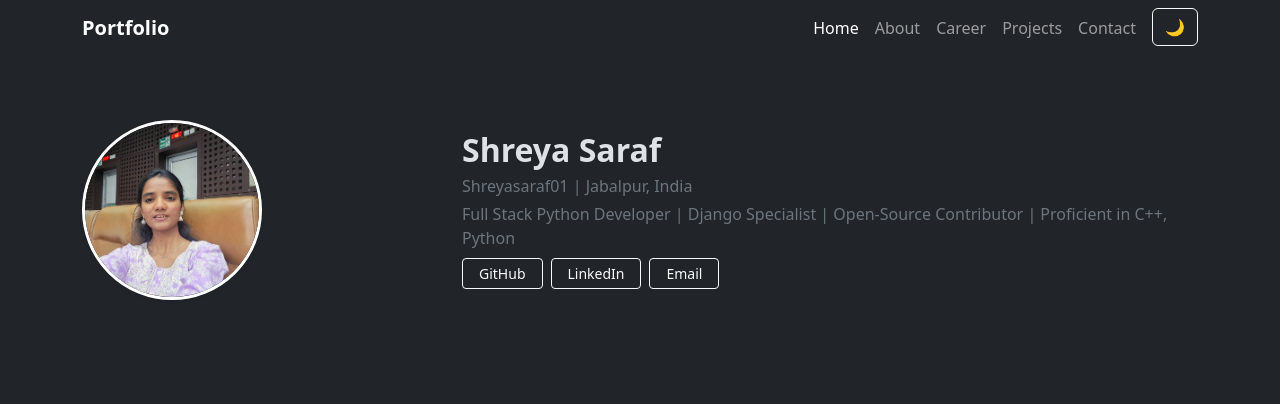
Repository: Shreyasaraf01/shreya-portfolio
Page: http://localhost/
An editor plug-in stored every save of this project. The page is shown before and after the next save, followed by the edit.
The browser window is 1280 px wide. The pictures show the whole page.
The page is served by the project's application, run on Django 5.2 (manage.py). Other server files are loaded and not shown.

Above is the page before, as saved 2025-09-13 22:11:41.

### main/templates/main/index.html
{% extends "base.html" %}
{% load static %}

{% block content %}
<div class="row align-items-center text-center text-md-start py-4">
  <!-- Profile Image -->
  <div class="col-md-4 mb-3 mb-md-0">
    <img src="{% static 'images/profile.jpg' %}"
         alt="profile"
         style="width:180px; height:180px; border-radius:50%; object-fit:cover; border:3px solid #fff; transition: transform 0.3s;"
         class="shadow-sm hover-scale">
  </div>

  <!-- Profile Info -->
  <div class="col-md-8">
    <h1 class="h2 fw-bold mb-1">Shreya Saraf</h1>
    <p class="text-secondary mb-1">Shreyasaraf01 | Jabalpur, India</p>
    <p class="text-secondary mb-2">Full Stack Python Developer | Django Specialist | Open-Source Contributor | Proficient in C++, Python</p>

    <!-- Social Buttons -->
    <div class="d-flex gap-2 justify-content-center justify-content-md-start mt-2">
      <a href="https://github.com/Shreyasaraf01" target="_blank" class="btn btn-outline-light btn-sm px-3">GitHub</a>
      <a href="https://linkedin.com/in/shreya-saraf-797440257" target="_blank" class="btn btn-outline-light btn-sm px-3">LinkedIn</a>
      <a href="mailto:shreyasaraf765@gmail.com" class="btn btn-outline-light btn-sm px-3">Email</a>
    </div>
  </div>
</div>

<!-- Optional: Add hover effect CSS -->
<style>
.hover-scale:hover {
    transform: scale(1.05);
}
</style>
{% endblock %}

### main/templates/base.html
<!DOCTYPE html>
<html lang="en" data-bs-theme="dark">
<head>
  <meta charset="UTF-8">
  <title>Portfolio</title>
  {% load static %}
  <link href="https://cdn.jsdelivr.net/npm/bootstrap@5.3.3/dist/css/bootstrap.min.css" rel="stylesheet">
  <script src="{% static 'js/theme.js' %}" defer></script>
</head>
<body>
  <!-- Navbar -->
  <nav class="navbar navbar-expand-lg navbar-dark bg-dark fixed-top">
    <div class="container">
      <a class="navbar-brand fw-bold" href="/">Portfolio</a>
      <button class="navbar-toggler" type="button" data-bs-toggle="collapse" data-bs-target="#navbarNav" aria-controls="navbarNav" aria-expanded="false" aria-label="Toggle navigation">
        <span class="navbar-toggler-icon"></span>
      </button>
      <div class="collapse navbar-collapse" id="navbarNav">
        <ul class="navbar-nav ms-auto">
          <li class="nav-item"><a class="nav-link active" href="/">Home</a></li>
          <li class="nav-item"><a class="nav-link" href="/about/">About</a></li>
          <li class="nav-item"><a class="nav-link" href="/education/">Career</a></li>
          <li class="nav-item"><a class="nav-link" href="/projects/">Projects</a></li>
          <li class="nav-item"><a class="nav-link" href="/contact/">Contact</a></li>
          <li class="nav-item">
            <button class="btn btn-outline-light ms-2" id="theme-toggle">🌙</button>
          </li>
        </ul>
      </div>
    </div>
  </nav>

  <!-- Main Content Container -->
  <div class="container py-5 mt-5">
    {% block content %}{% endblock %}
  </div>

  <script src="https://cdn.jsdelivr.net/npm/bootstrap@5.3.3/dist/js/bootstrap.bundle.min.js"></script>
</body>
</html>

### main/views.py
from django.shortcuts import render, redirect
from django.core.mail import send_mail
from django.conf import settings

def index(request):
    return render(request, "main/index.html")

def about(request):
    return render(request, "main/about.html")

def education(request):
    return render(request, "main/education.html")

def projects(request):
    return render(request, "main/projects.html")

def contact(request):
    if request.method == "POST":
        name = request.POST.get("name")
        email = request.POST.get("email")
        message = request.POST.get("message")

        send_mail(
            subject=f"Portfolio Contact from {name}",
            message=f"From: {email}\n\n{message}",
            from_email=settings.DEFAULT_FROM_EMAIL,
            recipient_list=[settings.CONTACT_EMAIL],
        )
        return redirect("home")

    return render(request, "main/contact.html")

### shreya_portfolio/urls.py
"""
URL configuration for shreya_portfolio project.

The `urlpatterns` list routes URLs to views. For more information please see:
    https://docs.djangoproject.com/en/5.1/topics/http/urls/
Examples:
Function views
    1. Add an import:  from my_app import views
    2. Add a URL to urlpatterns:  path('', views.home, name='home')
Class-based views
    1. Add an import:  from other_app.views import Home
    2. Add a URL to urlpatterns:  path('', Home.as_view(), name='home')
Including another URLconf
    1. Import the include() function: from django.urls import include, path
    2. Add a URL to urlpatterns:  path('blog/', include('blog.urls'))
"""
from django.contrib import admin
from django.urls import path, include

urlpatterns = [
    path('admin/', admin.site.urls),
    path("", include("main.urls")),
]

### main/urls.py
from django.urls import path
from . import views

urlpatterns = [
    path("", views.index, name="home"),
    path("about/", views.about, name="about"),
    path("career/", views.education, name="education"),
    path("projects/", views.projects, name="projects"),
    path("contact/", views.contact, name="contact"),
]

### main/static/js/theme.js
document.addEventListener("DOMContentLoaded", () => {
  const toggle = document.getElementById("theme-toggle");
  if (!toggle) return;

  toggle.addEventListener("click", () => {
    const html = document.documentElement;
    const current = html.getAttribute("data-bs-theme");
    const next = current === "dark" ? "light" : "dark";
    html.setAttribute("data-bs-theme", next);
    localStorage.setItem("theme", next);
    toggle.textContent = next === "dark" ? "🌙" : "☀️";
  });

  // persist user choice
  const saved = localStorage.getItem("theme");
  if (saved) {
    document.documentElement.setAttribute("data-bs-theme", saved);
    toggle.textContent = saved === "dark" ? "🌙" : "☀️";
  }
});

After the next save:
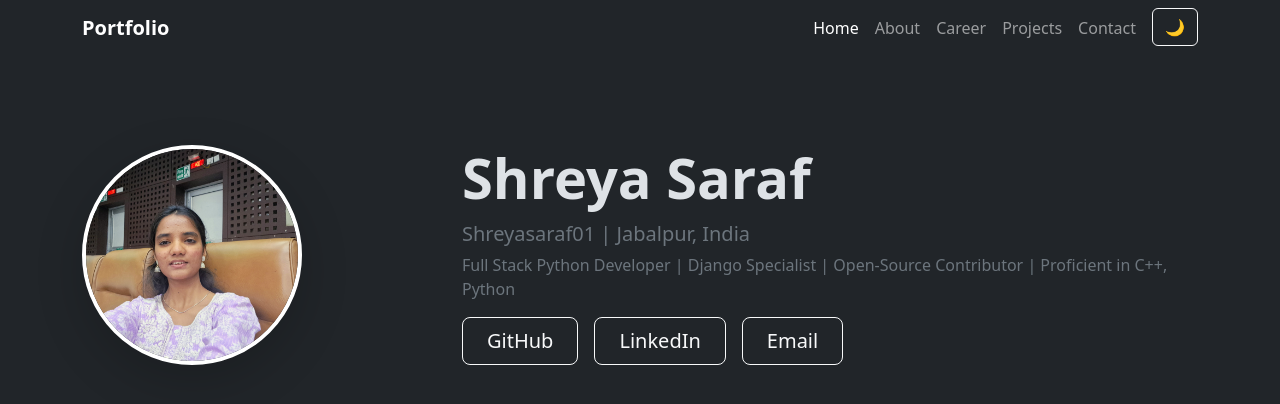
Saved 60 s later.
--- a/main/templates/main/index.html
+++ b/main/templates/main/index.html
@@ -2,34 +2,34 @@
 {% load static %}
 
 {% block content %}
-<div class="row align-items-center text-center text-md-start py-4">
+<div class="row align-items-center text-center text-md-start py-5">
   <!-- Profile Image -->
-  <div class="col-md-4 mb-3 mb-md-0">
+  <div class="col-md-4 mb-4 mb-md-0">
     <img src="{% static 'images/profile.jpg' %}"
          alt="profile"
-         style="width:180px; height:180px; border-radius:50%; object-fit:cover; border:3px solid #fff; transition: transform 0.3s;"
-         class="shadow-sm hover-scale">
+         style="width:220px; height:220px; border-radius:50%; object-fit:cover; border:4px solid #fff; transition: transform 0.3s;"
+         class="shadow-lg hover-scale">
   </div>
 
   <!-- Profile Info -->
   <div class="col-md-8">
-    <h1 class="h2 fw-bold mb-1">Shreya Saraf</h1>
-    <p class="text-secondary mb-1">Shreyasaraf01 | Jabalpur, India</p>
-    <p class="text-secondary mb-2">Full Stack Python Developer | Django Specialist | Open-Source Contributor | Proficient in C++, Python</p>
+    <h1 class="display-4 fw-bold mb-2">Shreya Saraf</h1>
+    <p class="fs-5 text-secondary mb-1">Shreyasaraf01 | Jabalpur, India</p>
+    <p class="fs-6 text-secondary mb-3">Full Stack Python Developer | Django Specialist | Open-Source Contributor | Proficient in C++, Python</p>
 
     <!-- Social Buttons -->
-    <div class="d-flex gap-2 justify-content-center justify-content-md-start mt-2">
-      <a href="https://github.com/Shreyasaraf01" target="_blank" class="btn btn-outline-light btn-sm px-3">GitHub</a>
-      <a href="https://linkedin.com/in/shreya-saraf-797440257" target="_blank" class="btn btn-outline-light btn-sm px-3">LinkedIn</a>
-      <a href="mailto:shreyasaraf765@gmail.com" class="btn btn-outline-light btn-sm px-3">Email</a>
+    <div class="d-flex gap-3 justify-content-center justify-content-md-start mt-3">
+      <a href="https://github.com/Shreyasaraf01" target="_blank" class="btn btn-outline-light btn-lg px-4">GitHub</a>
+      <a href="https://linkedin.com/in/shreya-saraf-797440257" target="_blank" class="btn btn-outline-light btn-lg px-4">LinkedIn</a>
+      <a href="mailto:shreyasaraf765@gmail.com" class="btn btn-outline-light btn-lg px-4">Email</a>
     </div>
   </div>
 </div>
 
-<!-- Optional: Add hover effect CSS -->
+<!-- Hover effect for profile image -->
 <style>
 .hover-scale:hover {
-    transform: scale(1.05);
+    transform: scale(1.08);
 }
 </style>
 {% endblock %}
